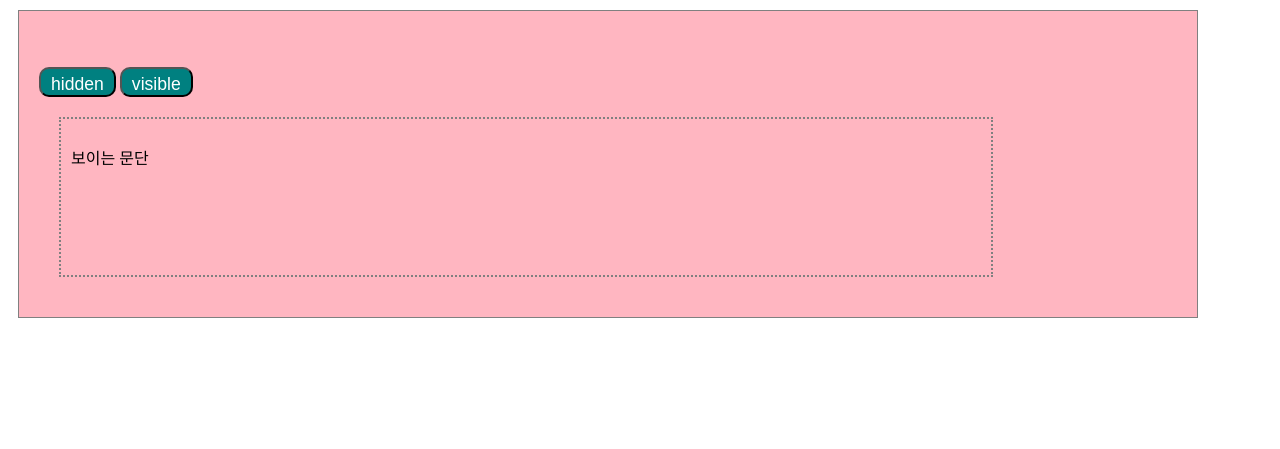
Repository: jeje0130/html
Page: jqpro/WebContent/0127/기타필터.html
These files come from the project's save history. The page is drawn as it stood at one moment and after the next save; the edit follows.
The browser window is 1280 px wide. The pictures show the whole page.

Above is the page before, as saved 2021-01-27 01:07:30.

### jqpro/WebContent/0127/기타필터.html
<!DOCTYPE html>
<html>
<head>
<meta charset="UTF-8">
<title>Insert title here</title>
<link rel = "stylesheet" href = "../css/public.css">
<script src="../js/jquery-3.5.1.min.js"></script>
<script>

$(function () {

	$('.box1 > input:button').on('click', function () {

	})
})

</script>
<style>
</style>
</head>
<body>

<div class="box box1">

 <br><br>

<input type="button" value="hidden">
<input type="button" value="visible">

<div id="result1">

	<p> 보이는 문단</p>
  	<p style="visibility:hidden;">숨겨진 문단</p>
  	<p style="display:none;"> 자리를 차지 하지 못한 문단 </p>
  	<p style="opacity:0;"> 투명한 문단</p>

</div>
</div>
</body>
</html>

### jqpro/WebContent/css/public.css
@charset "utf-8";

pre {
	background-color : #FFE3EE;
	font-size : 1.2em;
	white-space: pre-wrap; /* 우측 여백 고정, 넘치는 글자 줄바꿈 */

	/*
	pre : 공백은 그대로, 줄바꿈 X
	pre-wrap : 공백은 그대로, 줄바꿈 O
	pre-line : 공백을 여러개줘도 하나만 표시, 줄바꿈 O
	nowrap : 공백을 여러개줘도 하나만 표시, 줄바꿈 X
	 */
}

div.box{
	width : 90%;
	height: auto;
	margin: 10px;
	padding: 20px;
	border: 1px solid gray;
	background: #FFB6C1;
}

.box input[type = button]{
	width: auto;
	height: 30px;
	background: #008080;
	color : white;
	padding: 5px 10px;
	border-radius : 10px;
	font-size: 1.1em;
}

.box div{
	width : 80%;
	height: auto;
	padding: 10px;
	border: 2px dotted gray;
	margin: 20px;
}

Loaded but not shown: jqpro/WebContent/js/jquery-3.5.1.min.js (library)

After the next save:
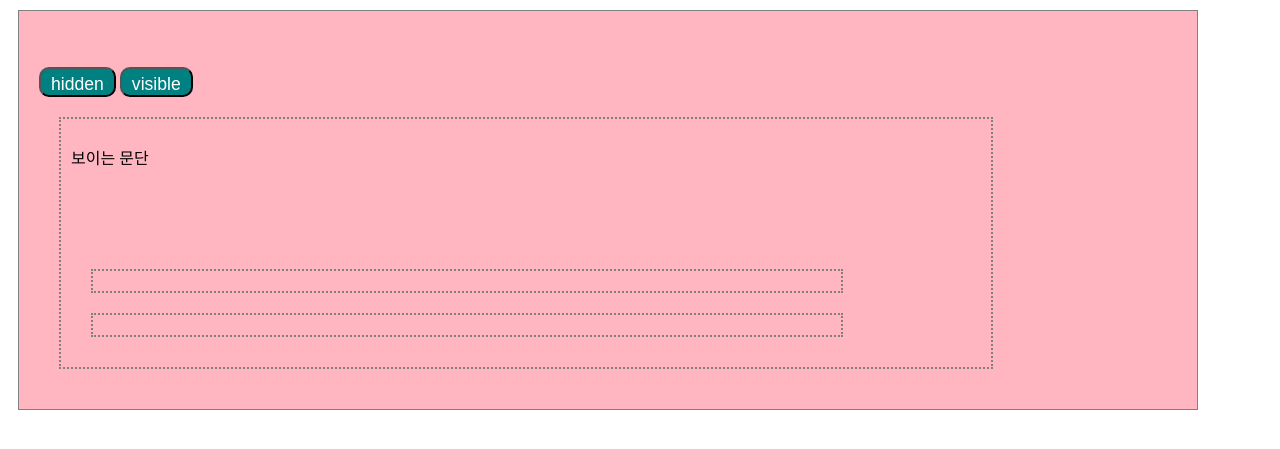
Saved 6 min 53 s later.
--- a/jqpro/WebContent/0127/기타필터.html
+++ b/jqpro/WebContent/0127/기타필터.html
@@ -9,8 +9,14 @@
 
 $(function () {
 
-	$('.box1 > input:button').on('click', function () {
+	$('.box1 input[value=hidden]').on('click', function () {
 
+		res = "";
+		$('p:hidden').each(function(i) {
+			res += $(this).text() + "<br>";
+		})
+
+		$('#hid').html(); // 위에 <br>태그가 있어서 html로 출력
 	})
 })
 
@@ -34,6 +40,9 @@ $(function () {
   	<p style="display:none;"> 자리를 차지 하지 못한 문단 </p>
   	<p style="opacity:0;"> 투명한 문단</p>
 
+  	<div id="hid"></div>
+  	<div id="visi"></div>
+
 </div>
 </div>
 </body>
